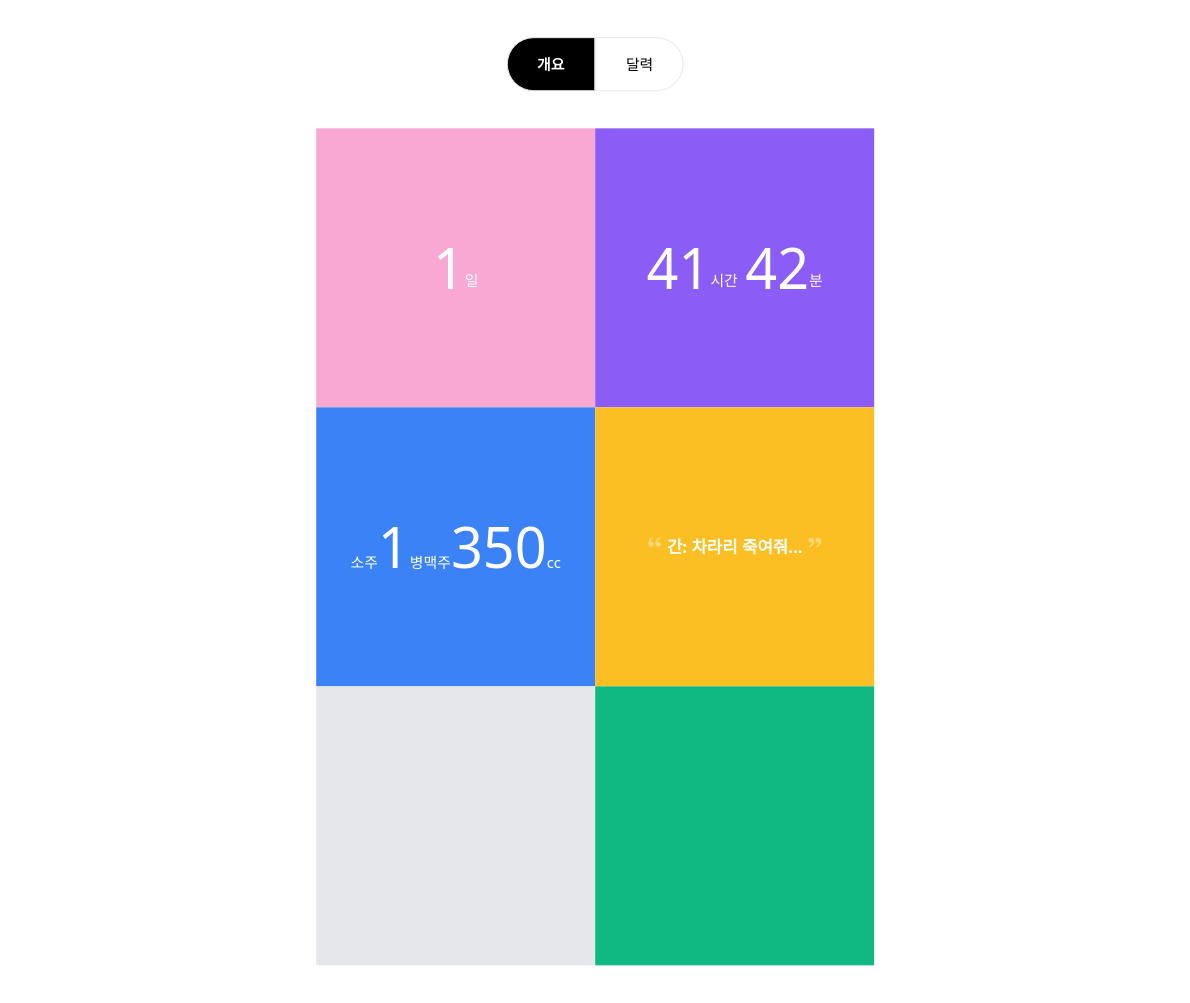
Repository: honey-punch/my-alcohol
Page: /
These files come from the project's save history. The page is drawn as it stood at one moment and after the next save; the edit follows.
The browser window is 1280 px wide. The pictures show the whole page, at 93% of full size.
The project was rebuilt for these pictures with package versions that can differ from the ones it lists, and the page was loaded fresh each time. The framework's server and built-in components were replaced by stand-ins that run in the browser. Also part of the build but not shown: next.config.ts, src/app/_component/Calendar.tsx.

Above is the page before, as saved 2025-02-10 16:21:34.

After the next save:
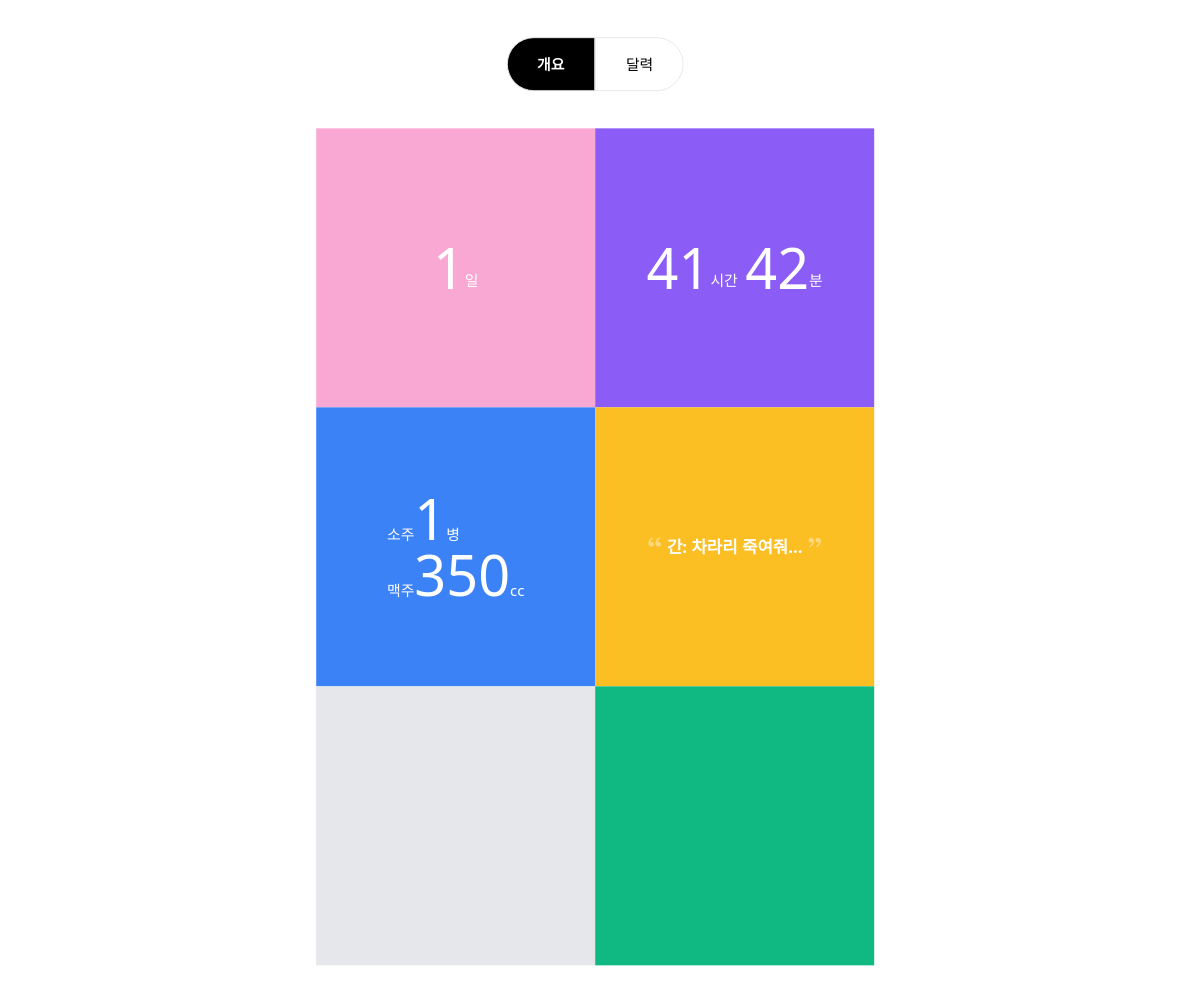
Saved 13 s later.
--- a/src/app/_component/Summary.tsx
+++ b/src/app/_component/Summary.tsx
@@ -65,15 +65,17 @@
         style={{ width: `${BOX_SIZE}px`, height: BOX_SIZE }}
         className="bg-blue-500 text-white flex justify-center items-center"
       >
-        <div>
-          <span>소주</span>
-          <span className="text-6xl">{ex.soju}</span>
-          <span className="mt-7">병</span>
-        </div>
-        <div>
-          <span>맥주</span>
-          <span className="text-6xl">{ex.beer}</span>
-          <span className="mt-7">cc</span>
+        <div className="flex flex-col">
+          <div>
+            <span>소주</span>
+            <span className="text-6xl">{ex.soju}</span>
+            <span className="mt-7">병</span>
+          </div>
+          <div>
+            <span>맥주</span>
+            <span className="text-6xl">{ex.beer}</span>
+            <span className="mt-7">cc</span>
+          </div>
         </div>
       </div>
 

After the save that followed:
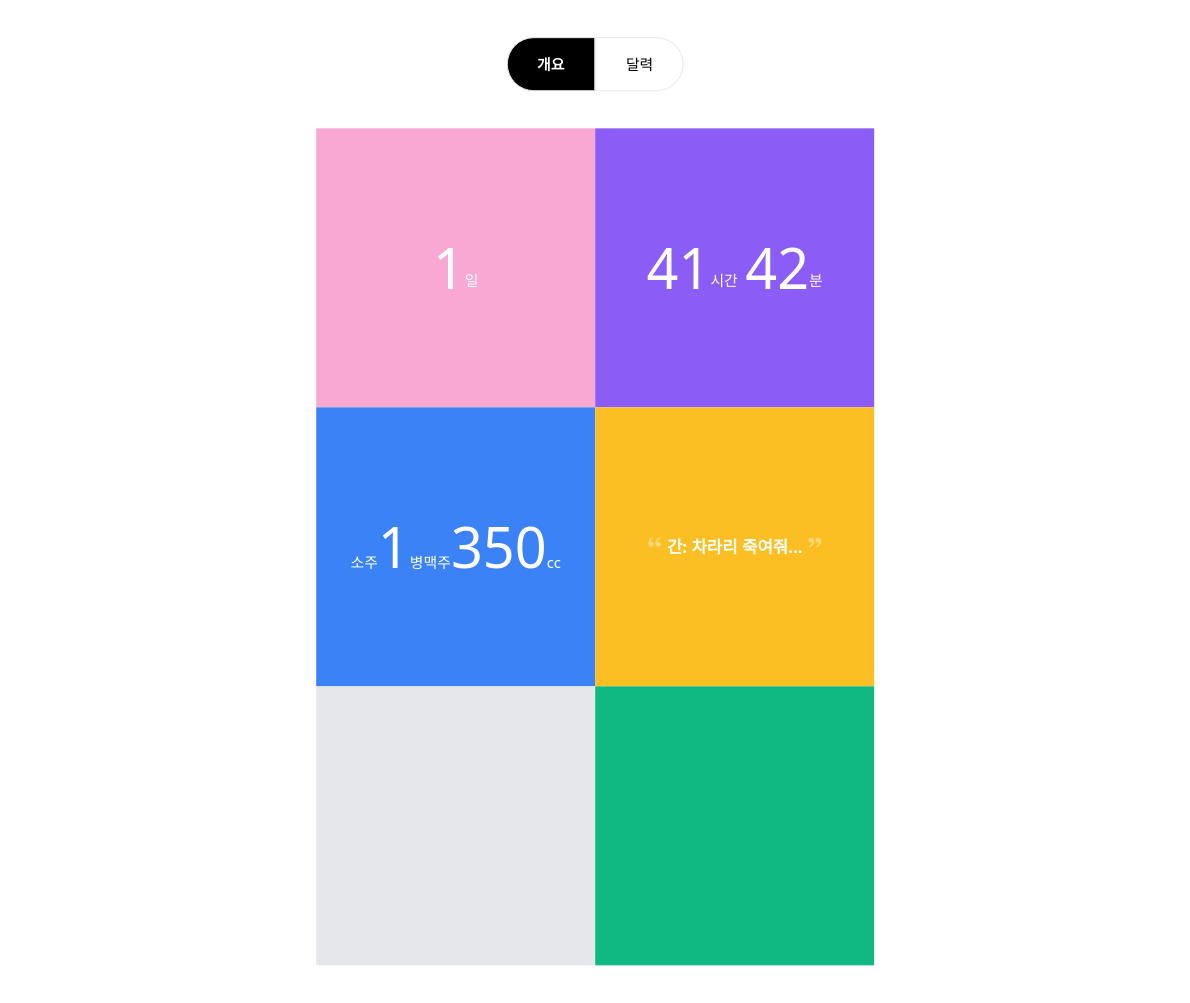
Saved 7 s later.
--- a/src/app/_component/Summary.tsx
+++ b/src/app/_component/Summary.tsx
@@ -65,17 +65,15 @@
         style={{ width: `${BOX_SIZE}px`, height: BOX_SIZE }}
         className="bg-blue-500 text-white flex justify-center items-center"
       >
-        <div className="flex flex-col">
-          <div>
-            <span>소주</span>
-            <span className="text-6xl">{ex.soju}</span>
-            <span className="mt-7">병</span>
-          </div>
-          <div>
-            <span>맥주</span>
-            <span className="text-6xl">{ex.beer}</span>
-            <span className="mt-7">cc</span>
-          </div>
+        <div>
+          <span>소주</span>
+          <span className="text-6xl">{ex.soju}</span>
+          <span className="mt-7">병</span>
+        </div>
+        <div>
+          <span>맥주</span>
+          <span className="text-6xl">{ex.beer}</span>
+          <span className="mt-7">cc</span>
         </div>
       </div>
 
